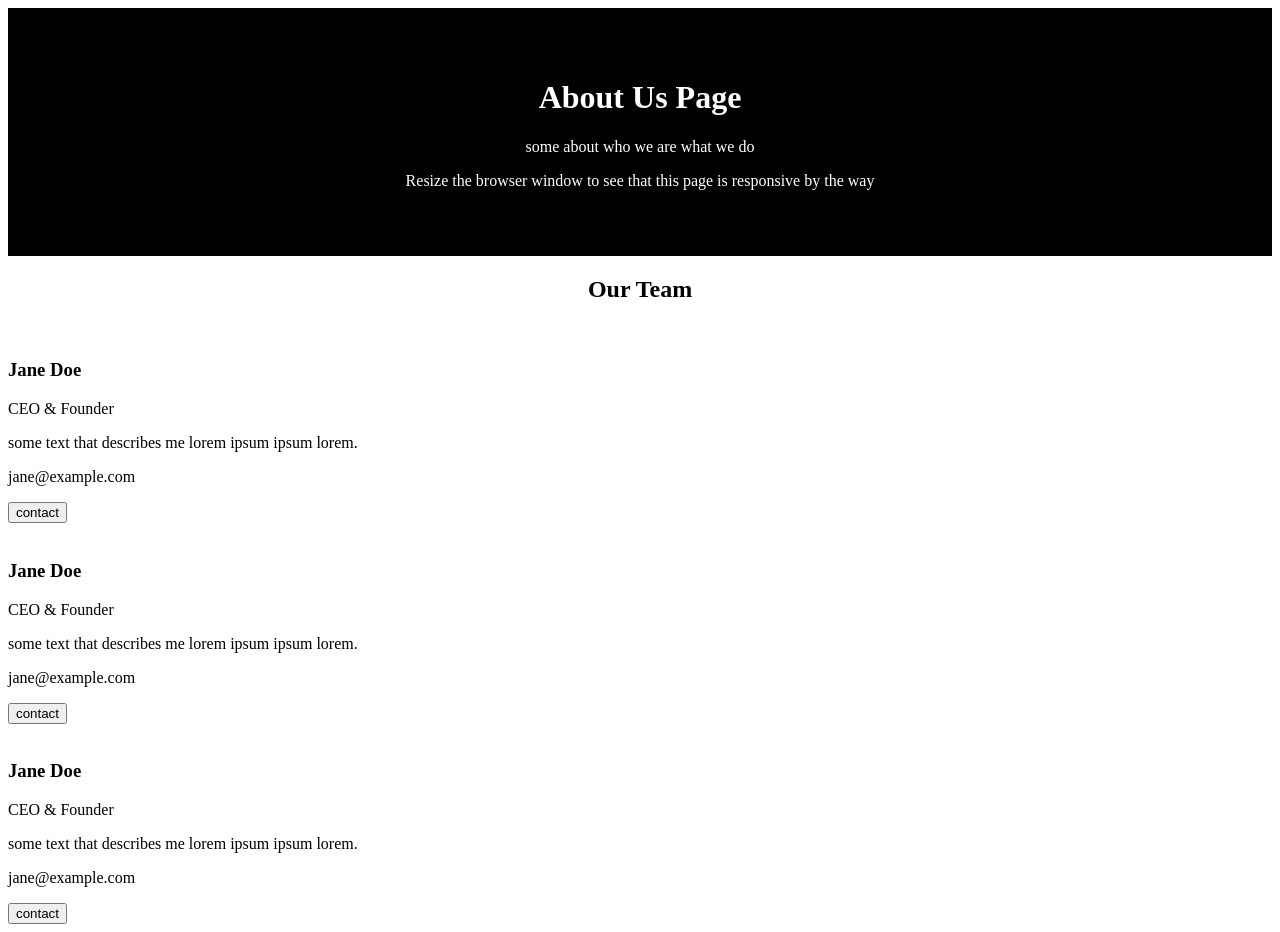
Repository: Lehuyhuynh/BTH2-CSS
Page: BTH3/index.html
The author's editor kept a copy of each file at every save. The page is drawn from the files as they stood at one save, then again after the next save.
The browser window is 1280 px wide. The pictures show the whole page.

Above is the page before, as saved 2023-08-11 16:00:10.

After the next save:
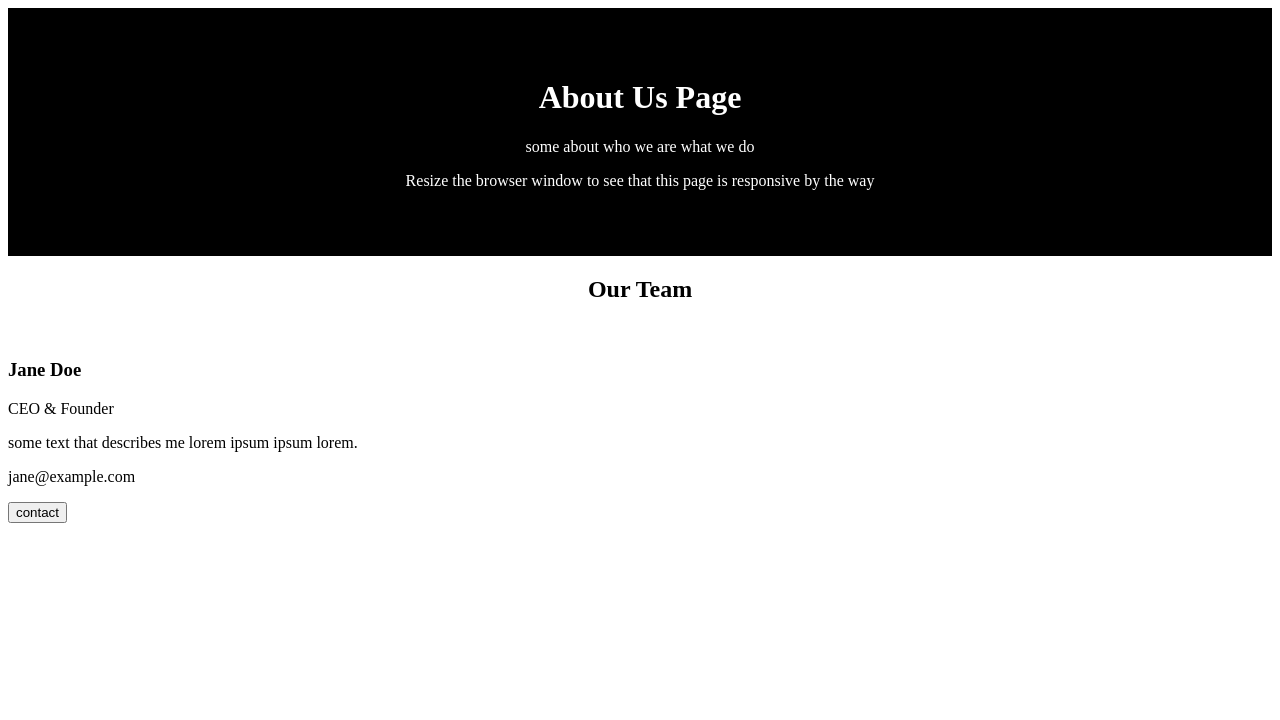
Saved 43 s later.
--- a/BTH3/index.html
+++ b/BTH3/index.html
@@ -16,7 +16,6 @@
   <h2>Our Team</h2>
   <div class="row">
     <div class=" column">
-
      <div class="card">
       <img src="" alt="">
       <h3>Jane Doe</h3>
@@ -26,23 +25,6 @@
       <button>contact</button>
      </div>
 
-     <div class="card">
-      <img src="" alt="">
-      <h3>Jane Doe</h3>
-      <p>CEO & Founder</p>
-      <p>some text that describes me lorem ipsum ipsum lorem.</p>
-      <p>jane@example.com</p>
-      <button>contact</button>
-     </div>
-
-     <div class="card">
-      <img src="" alt="">
-      <h3>Jane Doe</h3>
-      <p>CEO & Founder</p>
-      <p>some text that describes me lorem ipsum ipsum lorem.</p>
-      <p>jane@example.com</p>
-      <button>contact</button>
-     </div>
 
     </div>
   </div>
